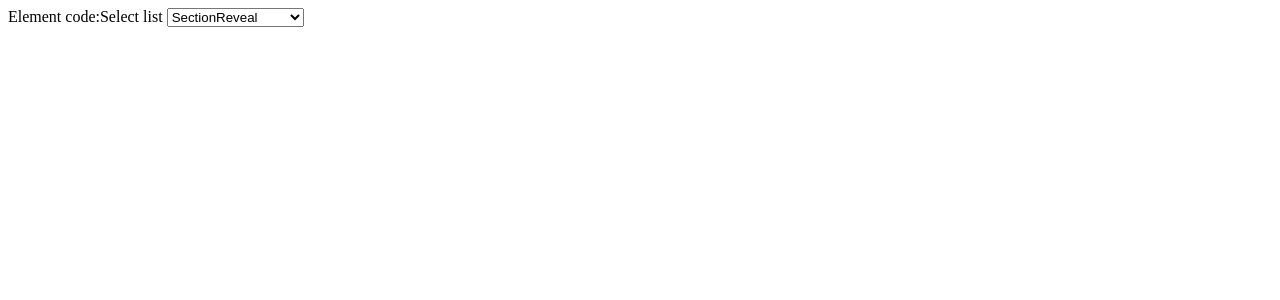
Repository: kiskompi/RTExtractor
Page: LearningSetApp/popup.html
An editor plug-in stored every save of this project. The page is shown before and after the next save, followed by the edit.
The browser window is 1280 px wide. The pictures show the whole page.

Above is the page before, as saved 2017-03-09 02:00:07.

### LearningSetApp/popup.html
<html>
<head>
</head>
<body>
    <!-- textbox to display element (only for user to check) -->
    <div style="float:left;" id = "elementcode">Element code:</div>
    <!-- list of possible crawler classes -->
    <div style="float:left;">
    <label>Select list</label>
    <select id = "myList">
        <option value = "1">SectionReveal</option>
        <option value = "2">LanguageSelection</option>
        <option value = "3">InnerLink</option>
        <option value = "4">OuterLink</option>
    </select>
    </div>
</body>
</html>

After the next save:
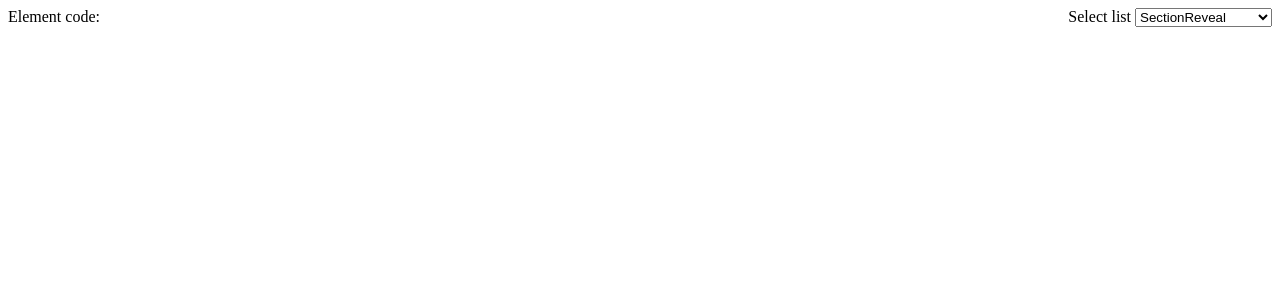
Saved 4 s later.
--- a/LearningSetApp/popup.html
+++ b/LearningSetApp/popup.html
@@ -5,7 +5,7 @@
     <!-- textbox to display element (only for user to check) -->
     <div style="float:left;" id = "elementcode">Element code:</div>
     <!-- list of possible crawler classes -->
-    <div style="float:left;">
+    <div style="float:right;">
     <label>Select list</label>
     <select id = "myList">
         <option value = "1">SectionReveal</option>
